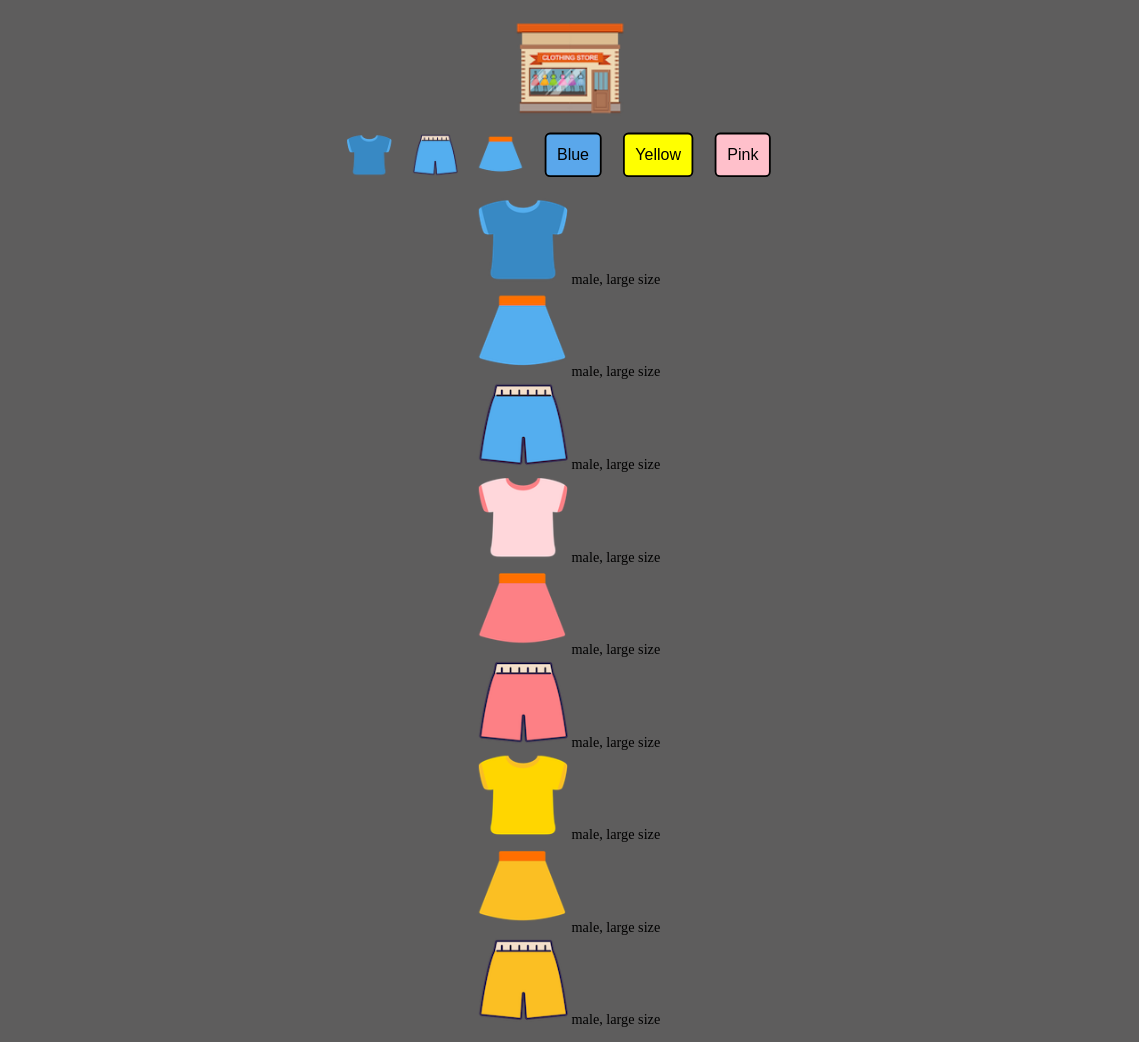
Repository: keehoonjung/Shoppingmall-Game
Page: index.html
The author's editor kept a copy of each file at every save. The page is drawn from the files as they stood at one save, then again after the next save.
The browser window is 1280 px wide. The pictures show the whole page, at 89% of full size.

Above is the page before, as saved 2021-08-12 13:42:48.

After the next save:
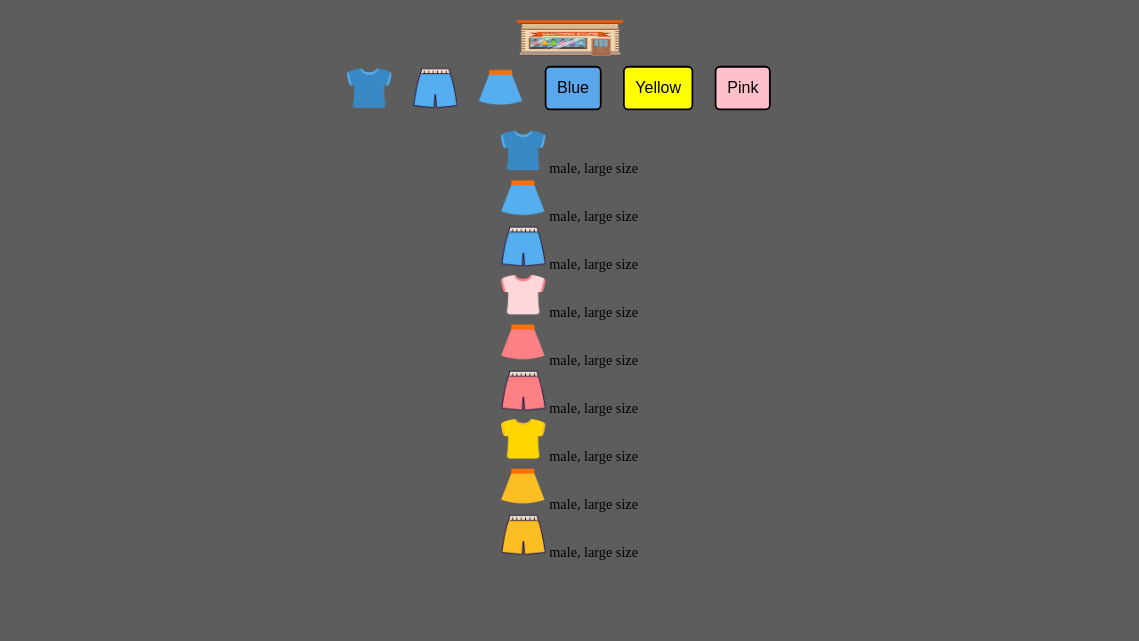
Saved 17 s later.
--- a/style.css
+++ b/style.css
@@ -41,7 +41,7 @@
   padding-right: 24px;
 }
 
-.filter__btn img {
+img {
   height: 50px;
 }
 

After the save that followed:
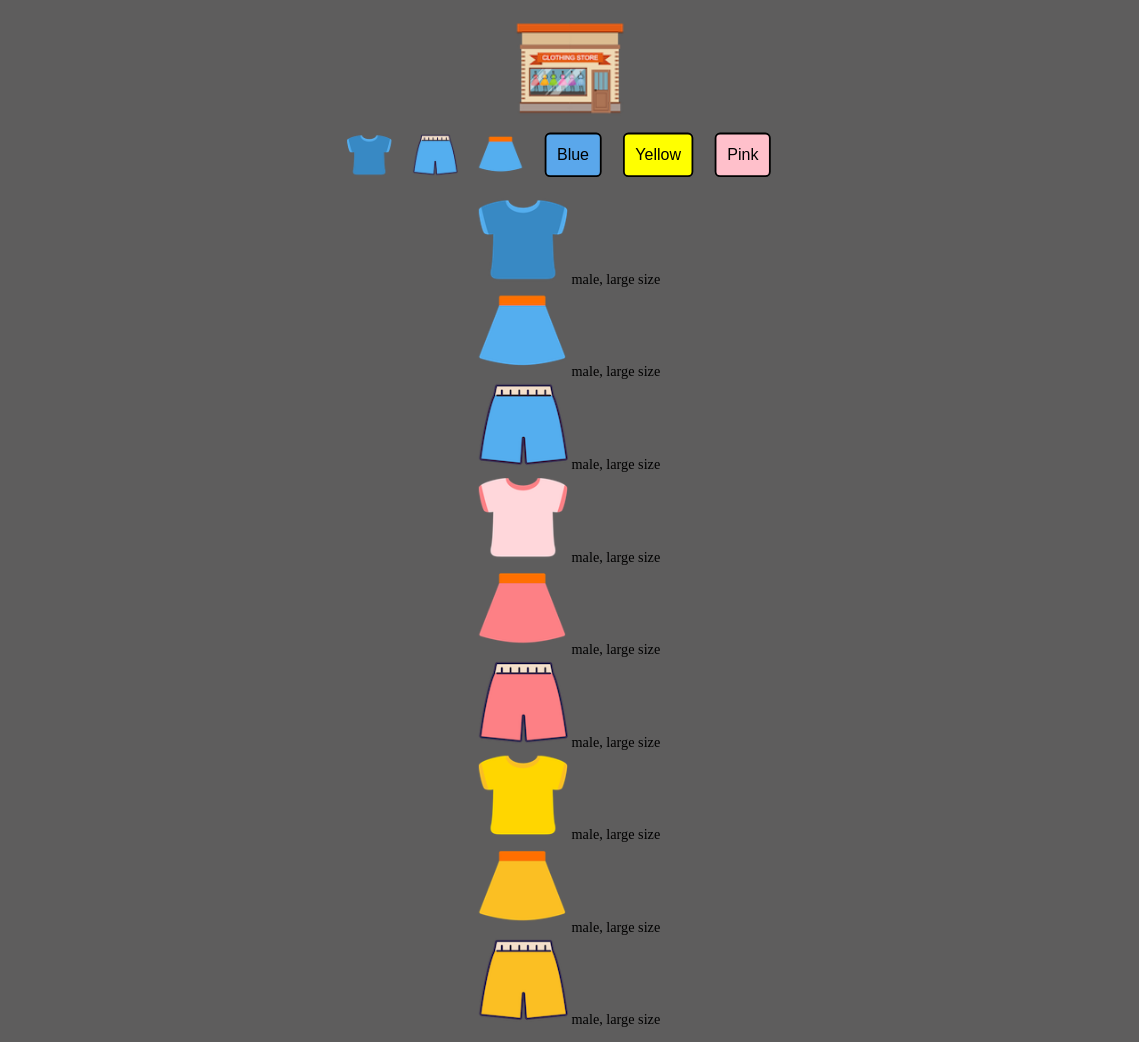
Saved 13 s later.
--- a/style.css
+++ b/style.css
@@ -41,7 +41,7 @@
   padding-right: 24px;
 }
 
-img {
+.filter__btn img {
   height: 50px;
 }
 
